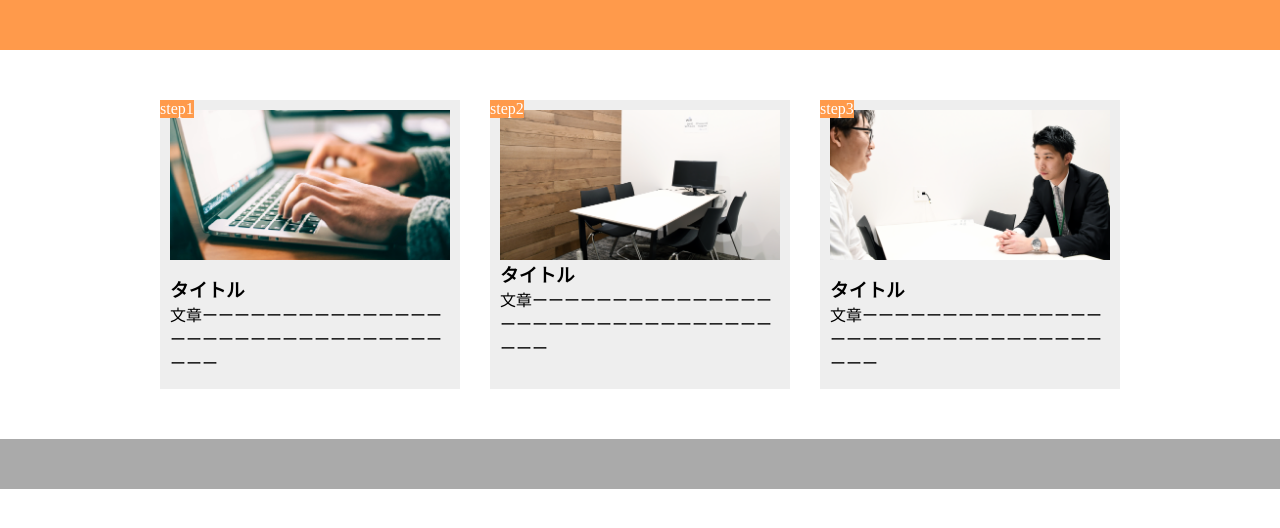
Repository: yuu3176/theme1
Page: 1-9-2/1-9-2.html
The author's editor kept a record of every edit. The page is drawn from the files as they stood at one moment, then again after the next edit.
The browser window is 1280 px wide. The pictures show the whole page.

Above is the page before.

After the next edit:
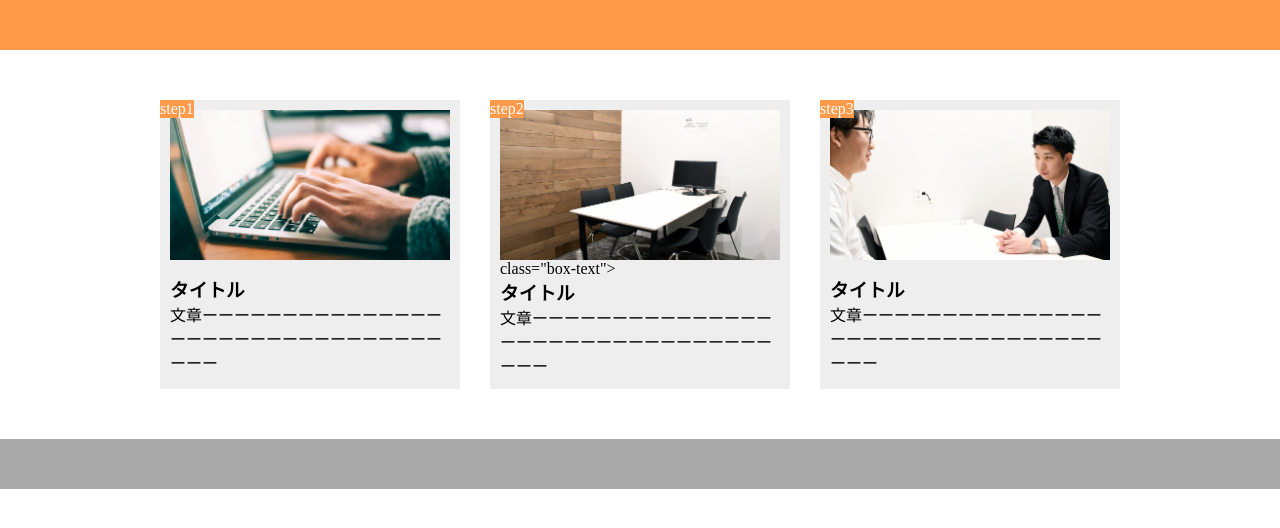
The edit:
--- a/1-9-2/1-9-2.html
+++ b/1-9-2/1-9-2.html
@@ -24,7 +24,9 @@
           <p>step2</p>
         </div>
         <div class="box-image2"></div>
-        <span class="box-title">
+        <section>
+
+        </section> class="box-text">
           <h3>タイトル</h3>
         </span>
           <p>文章ーーーーーーーーーーーーーーーーーーーーーーーーーーーーーーーーーーー</p>
